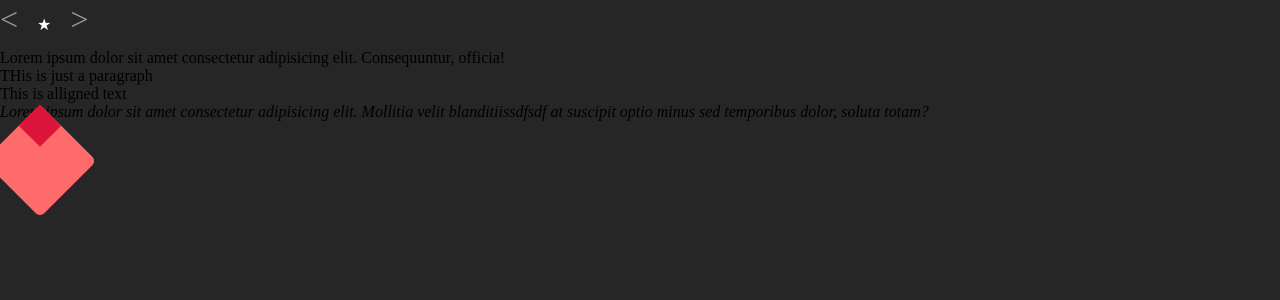
Repository: robin-webdev/frontend
Page: CSS/index.html
The author's editor kept a copy of each file at every save. The page is drawn from the files as they stood at one save, then again after the next save.
The browser window is 1280 px wide. The pictures show the whole page.
The style sheet was rebuilt from its Sass, Less or Tailwind sources for each picture, by a compiler version that may differ from the author's.

Above is the page before, as saved 2025-12-16 06:33:04.

After the next save:
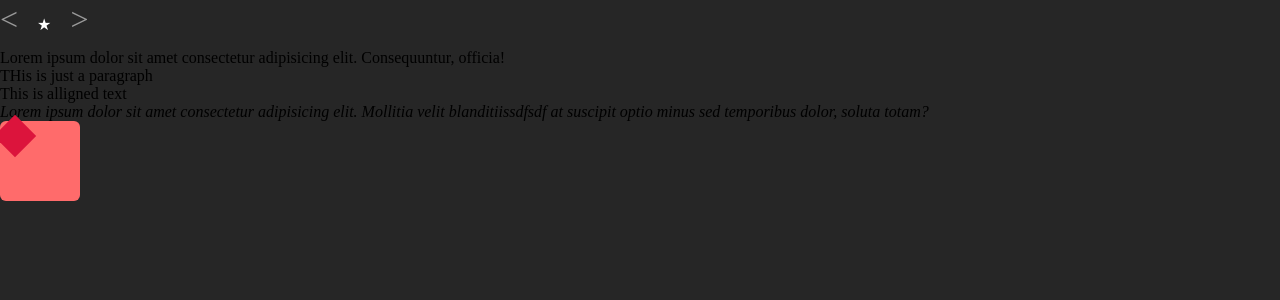
Saved 21 s later.
--- a/CSS/style.scss
+++ b/CSS/style.scss
@@ -62,7 +62,6 @@ body {
   background-color: #ff6b6b;
   border-radius: 6px;
   position: relative;
-  transform: rotate(45deg);
 
 
 }
@@ -73,5 +72,6 @@ body {
     height: 30px;
     width: 30px;
     background-color: crimson;
+    transform: rotate(45deg);
   }
 }
